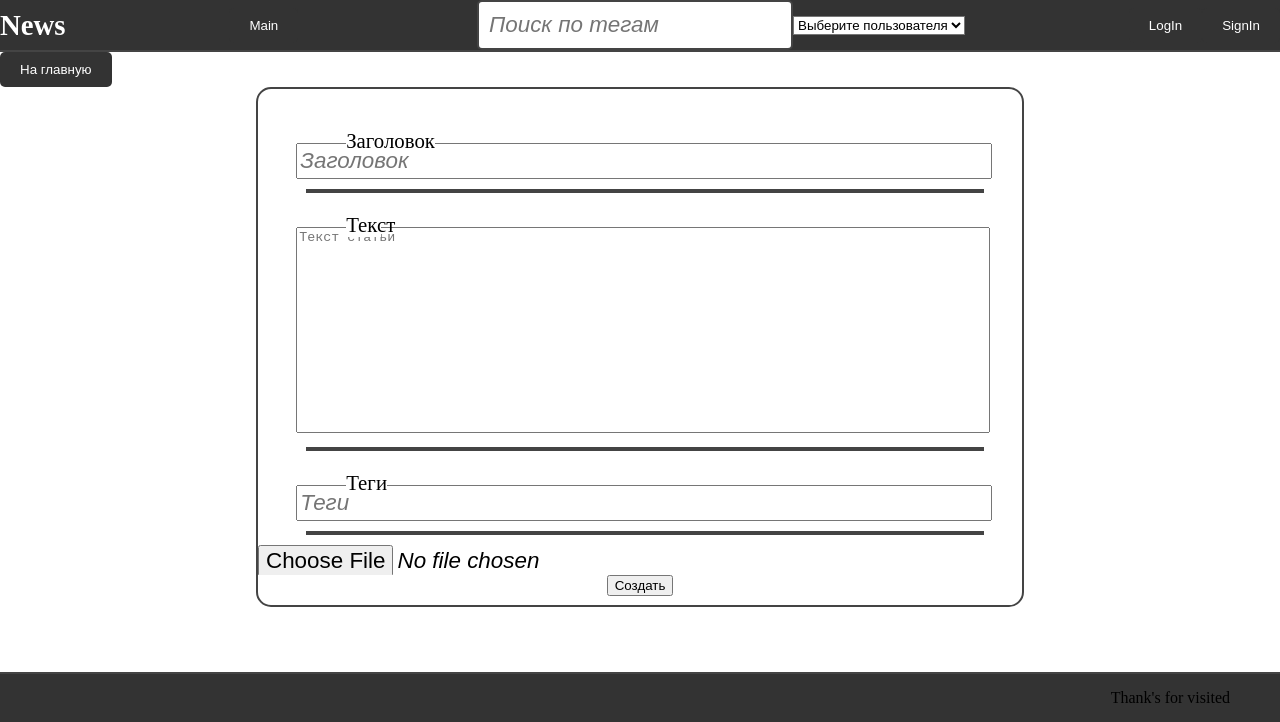
Repository: Igor-Blazhko/news_frontend
Page: /CreatePost
The author's editor kept a copy of each file at every save. The page is drawn from the files as they stood at one save, then again after the next save.
The browser window is 1280 px wide. The pictures show the whole page.
The project was rebuilt for these pictures with package versions that can differ from the ones it lists, and the page was loaded fresh each time. Also part of the build but not shown: vite.config.ts, src/components/allPost/onePost/onePost.module.css, src/components/allPost/onePost/onePost.tsx, src/components/allPost/allPost.tsx, src/components/auth/logIn/login.module.css, src/components/auth/logIn/login.tsx, src/components/auth/register/register.tsx, src/components/pageOnePost/comments/comment.tsx and 2 more.

Above is the page before, as saved 2024-07-15 16:40:58.

### src/App.tsx
import Header from './components/header/header'
import AllPost from './components/allPost/allPost'
import Footer from './components/footer/footer'
import LogIn from './components/auth/logIn/login'
import { Page } from './types'
import SignIn from './components/auth/register/register'
import { BrowserRouter, Route, Routes } from 'react-router-dom'
import OnePost from './components/pageOnePost/OnePost'
import { Provider } from 'react-redux'
import { store } from './store'
import { QueryClient, QueryClientProvider } from '@tanstack/react-query'
import CreatePost  from './components/createPost/createPost'



const queryClient = new QueryClient();

function App() {

  return (
    <Provider store={store}>
      <QueryClientProvider client={queryClient}>
        <BrowserRouter>
        <Header></Header>
          <Routes>
            <Route path="*" element ={ <AllPost/> }/>
            <Route path={Page.LogIn} element ={ <LogIn/> }/>
            <Route path={Page.SignIn} element ={ <SignIn/> }/>
            <Route path={Page.CreatePost} element ={ <CreatePost/> }/>
            <Route path={Page.OnePost+'/:id'} element ={ <OnePost/> }/>
          </Routes>
        <Footer></Footer>
        </BrowserRouter>
      </QueryClientProvider>
    </Provider>
  )
}

export default App

### src/index.css
body{
  margin: 0;
  padding: 0;
  width: 100vw;
  min-height: 100vh;
  overflow-x: hidden;
}

main{
  min-height: calc(100vh - 100px);
}

### src/components/header/header.tsx

import { Link } from 'react-router-dom';
import Button from '../simplyComponents/button/button';
import styles from './header.module.css'
import ButtonAuth  from './buttonAuth/buttonAuth';
import Filter from './filter/filter';


export default function Header() {
        return (
        <header className={styles.header}>
            <div className={styles.logo}>
                News
            </div>
            <nav>
                <Link to="">
                    <Button>Main</Button>
                </Link>
            </nav>
            <Filter/>
            <ButtonAuth/>
        </header>
    )
}

### src/components/footer/footer.tsx
import { Link } from 'react-router-dom'
import styles from './footer.module.css'
import { Page } from '../../types'
import Button from '../simplyComponents/button/button'
import { useSelector } from 'react-redux'
import { States } from '../../store'

export default function Footer(){
    const JWT = useSelector( (state:States) => state.JWT)
    return(
        <footer className={styles.footer}>
            {
            JWT &&
            <Link to={'/'+Page.CreatePost}>
                <Button>Создать пост</Button>
            </Link>
            }

            <div className={styles.text}>Thank's for visited</div>
        </footer>
    )
}

### src/types.ts
export const enum Page {
    LogIn = 'LogIn',
    SignIn = 'SignIn',
    AllPost = 'AllPost',
    OnePost = 'OnePost',
    CreatePost = 'CreatePost',
}

export class ObjectToken {
    private readonly access_token:string;
    constructor(access_token:string){
        this.access_token = access_token;
    }
}

export class HTTPExeption{
    private readonly response:string;
    private readonly status:number;
    private readonly message:string;
    private readonly name:string;
    constructor(response:string, status:number, message:string, name:string){
        this.response = response;
        this.status = status;
        this.message = message;
        this.name = name;
    }
}

### src/store.ts
import { createStore } from '@reduxjs/toolkit'
import cooks from './basefunction';

export interface States{
  tagfilter: string[],
  userfilter: number,
  JWT:string|undefined,
  location: string,
}

const defaultState:States = {
  tagfilter: [],
  userfilter: 0,
  JWT: cooks.getJWT(),
  location: '*',
}

type Action = {
  type:string,
  buffer?:string,
  userId?:number,
  JWT?:string,
}
const reducer = (state = defaultState, action:Action) => {
  switch (action.type){
    case 'Filter':
      if (( 'buffer' in action) && (action.buffer !== undefined)) {
        const arr = action.buffer.split(' ');
        state = {...state,
          tagfilter: arr,
        }
      }
      return state;
    case 'setUserFilter':
      if (( 'userId' in action) && (action.userId !== undefined)) {
        state = {...state,
          userfilter: action.userId,
        }
      }
      return state
    case 'SetJWT':
      if ( ('JWT' in action) && (action.JWT !== undefined) ){
        state = {...state,
          JWT: action.JWT,
        }
        cooks.LogIn(action.JWT)
      // document.cookie = `JWT_token=${action.JWT}`
      }
      return state;
    case 'DelJwt':
      state = {
        ...state,
        JWT:'',
      }
      cooks.LogOut()
      return state;
    case 'setLocation':
      state = {
        ...state,
        location: location.pathname,
      }
      return state;
    case 'dropLocation':
      state = {
        ...state,
        location: '*',
      }
      return state;
    default:
      return state;
  }
}

export const store = createStore(reducer)

### src/components/createPost/createPost.tsx
import { Link } from "react-router-dom";
import { Page } from "../../types";
import Button from "../simplyComponents/button/button";
import SERVER from "../../dataServer";
import styles from "./createPost.module.css"

export default function CreatePost(){

    return (
        <main>
            <Link to={'/'}>
                <Button>На главную</Button>
            </Link>
            <div>
                <form action={SERVER.POST.News.create} method="post" className={styles.form}>
                    <div className={styles.article}>
                        <label htmlFor="article" className={styles.article} >Заголовок</label>
                        <input type="text" name="article" maxLength={254} placeholder="Заголовок" className={styles.article}/>
                    </div>
                    <div className={styles.text}>
                        <div className={styles.label}>Текст</div>
                        <textarea name="text" placeholder="Текст статьи" className={styles.text}/>
                    </div>
                    <div className={styles.tags}>
                        <label htmlFor="tags" className={styles.tags}>Теги</label>
                        <input type="text" name="tags" placeholder="Теги"  className={styles.tags}/>
                    </div>
                    <input type="file" />
                    <button type="submit" className={styles.btn}>Создать</button>
                </form>
            </div>
        </main>

    )
}

### src/components/simplyComponents/button/button.tsx
import { MouseEventHandler, ReactNode } from 'react'
import styles from './button.module.css'
type Button = {
    text?:string,
    children?:ReactNode
    onClick?:MouseEventHandler<HTMLButtonElement>
}

export default function Button(props:Button){

    return(
        <button className={styles.button} onClick={props.onClick}>{props.children}</button>
    )
}

### src/components/header/header.module.css
header {
    background-color: #333;
    display: flex;
    justify-content: space-between;
    align-items: center;
    border-bottom: 2px solid #444;
    box-sizing: border-box;
    min-height: 50px;
}

.logo {
    font-size: 1.8em;
    font-weight: bold;
    color: #fff;
}



  .filter {
    display: flex;
    align-items: center;
  }

  .filter input,
  .filterselect {
    padding: 8px 10px;
    margin-left: 15px;
    border: 2px solid #444;
    border-radius: 5px;
    transition: border-color 0.3s ease;
  }

  .filter input:focus,
  .filter select:focus {
    border-color: #888;
  }

  .filter select {
    background-color: #fff;
}

### src/components/header/buttonAuth/buttonAuth.tsx
import { useDispatch, useSelector } from "react-redux"
import { States } from "../../../store"
import cooks from "../../../basefunction";
import Button from "../../simplyComponents/button/button";
import { Link } from "react-router-dom";
import { Page } from "../../../types";

export default function ButtonAuth(){

    const JWT = useSelector( (state:States) => state.JWT);
    const dispatch = useDispatch();

    function LogOut(){
        dispatch({
            type: 'DelJwt',
        })
    }

    return (
        <>
            {
                JWT?
                <div className="auth">
                    <Button onClick={LogOut}>LogOut</Button>
                </div>
                :
                <div className="auth">
                    <Link to={Page.LogIn}>
                        <Button>LogIn</Button>
                    </Link>
                    <Link to={Page.SignIn}>
                        <Button>SignIn</Button>
                    </Link>
                </div>
                }
        </>
    )
}

### src/components/header/filter/filter.tsx

import { useEffect, useState } from 'react'
import { User } from '../../pageOnePost/types/types'
import styles from '../header.module.css'
import { useDispatch } from 'react-redux'

export default function Filter(){
    const [users, setUsers] = useState([ {
        id: 1,
        name: 'igor',
        sername: 'Blazhko',
        login: 'user1',
    }])
    const [change, setChange] = useState(false)
    const dispatch = useDispatch()

    useEffect(() => {
        const users = [
            {
                id: 1,
                name: 'igor',
                sername: 'Blazhko',
                login: 'user1',
            },
            {
                id: 2,
                name: 'igor',
                sername: 'Tokin',
                login: 'user2',
            },
            {
                id: 3,
                name: 'igor',
                sername: 'Lankin',
                login: 'user3',
            },
        ];
        setUsers(users);
        // setLog(JWT)
    },[])

    function changeFilter(event:React.ChangeEvent<HTMLInputElement>){
        dispatch({
            type:'Filter',
            buffer: event.target.value,
        })
    }

    function changeUser(event) {
        dispatch({
            type:'setUserFilter',
            userId: +event.target.value,
        })
        if ( +event.target.value ) setChange(true)
        else setChange(false)
    }

    return (
            <div className={styles.filter}>
                <input type="text" placeholder="Поиск по тегам" onChange={changeFilter}/>
                <select onChange={changeUser} defaultValue="option0">
                    <option value="0">
                        { change? 'Cбросить фильтрацию': 'Выберите пользователя'}
                    </option>
                    {
                        users.map((user:User)=> <option key = {user.id} value={user.id}>{user.name} {user.sername}</option>)
                    }
                </select>
            </div>
    )
}

### src/components/allPost/allPost.module.css

main {
    display: flex;
    flex-direction: column;
    row-gap: 25px;
  }

### src/dataServer.ts


const SERVER = {
    base: 'http://192.168.3.37:5000/',
    POST: {
        register: 'http://127.0.0.1:5000/auth/registration',
        login: 'http://127.0.0.1:5000/auth/login',
        comments: {
            createCom: 'http://127.0.0.1:5000/comments',
        },
        News: {
            create: 'http://127.0.0.1:5000/news',
        }
    },
    GET: {
        allNews: 'http://127.0.0.1:5000/news',
        oneNews: 'http://127.0.0.1:5000/news?id=',
        getAllCommentByPostId: 'http://127.0.0.1:5000/comments?id=',
    }
}
export default SERVER;

### src/components/footer/footer.module.css
footer {
    width: 100vw;
    background-color: #333;
    min-height: 50px;
    border-top: 2px solid #444;
    display: flex;
    justify-content: flex-end;
    align-items: center;
    box-sizing: border-box;
}

.text{
    margin-right: 50px;
}

### src/components/pageOnePost/OnePost.module.css
main{
  display: block;
}
.post_content_full {
    display: flex;
    flex-direction: column;
    align-items: center;
    text-align: center;
    animation: slideIn 0.5s ease-in-out;
  }

  .post_image {
    width: 150px;
    height: 150px;
    margin-bottom: 20px;
  }

  .post_title_full {
    font-size: 2em;
    margin-bottom: 20px;
  }

  .post_text_full {
    font-size: 1.2em;
    margin-bottom: 40px;
  }

  .comments {
    background-color: #fff;
    padding: 20px;
    border: 1px solid #ccc;
    border-radius: 10px;
    margin-top: 20px;
  }



  .comments h3 {
    font-size: 1.5em;
    margin-bottom: 10px;
  }

  .comment {
    margin-bottom: 10px;
    padding: 10px;
    border: 1px solid #ccc;
    border-radius: 5px;
    background-color: #fafafa;
  }

  .comment p {
    font-size: 1.2em;
  }

  .comment_form {
    margin-top: 20px;
  }

  .comment_form textarea {
    width: 100%;
    padding: 10px;
    margin-bottom: 10px;
    border: 1px solid #ccc;
    border-radius: 5px;
    resize: vertical;
    transition: border-color 0.3s ease;
  }

  .comment_form textarea:focus {
    border-color: #888;
  }

  .comment_form button {
    padding: 10px;
    border: none;
    border-radius: 5px;
    background-color: #333;
    color: #fff;
    cursor: pointer;
    transition: background-color 0.3s ease, transform 0.3s ease;
  }

  .comment_form button:hover {
    background-color: #444;
    transform: translateY(-3px);
  }

### src/basefunction.ts
import { useDispatch } from "react-redux";

class Cookie {
    getCookie(name:string) {
        let matches = document.cookie.match(new RegExp(
          "(?:^|; )" + name.replace(/([\.$?*|{}\(\)\[\]\\\/\+^])/g, '\\$1') + "=([^;]*)"
        ));
        return matches ? decodeURIComponent(matches[1]) : undefined;
    }

    setCookie(name:string, value:string, options = {}) {

        options = {
          path: '/',
          // при необходимости добавьте другие значения по умолчанию
          ...options
        };

        if (options.expires instanceof Date) {
          options.expires = options.expires.toUTCString();
        }

        let updatedCookie = encodeURIComponent(name) + "=" + encodeURIComponent(value);

        for (let optionKey in options) {
          updatedCookie += "; " + optionKey;
          let optionValue = options[optionKey];
          if (optionValue !== true) {
            updatedCookie += "=" + optionValue;
          }
        }

        document.cookie = updatedCookie;
    }

    deleteCookie(name:string) {
        this.setCookie(name, "", {
          'max-age': -1
        })
    }

    getJWT(){
        return this.getCookie('JWT_token')
    }

    LogIn(token:string){
        this.setCookie('JWT_token', token, {
            'max-age': 3600
          } )
    }

    LogOut(){
        this.setCookie('JWT_token', '', {
            'max-age': 3600
          } )
    }
}
const cooks = new Cookie()
export default cooks

### src/components/createPost/createPost.module.css
.form {
    border: 2px solid #444;
    border-radius: 15px;
    width: 60%;
    height: calc(100vh - 200px);
    margin: 0 auto;
    display: flex;
    flex-direction: column;
    justify-content: space-between;
    align-items: center;
    padding: 30px 0 ;
    box-sizing: border-box;
}

form>div{
    width: 90%;
}

label, .label {
    position: relative;
    top: 10px;
    left: 50px;
    z-index: 2;
    background-color: white;
    font-size: 1.3em;
    transition: all 0.3s ease-in-out;
}
div:has(input:focus)>label{
    transition: all 0.2s  ease-in;
    top: 0;
}
textarea{
	resize: none;
    width: 100%;
    height: 200px;
}

.label {
    width: 5%;
}
div:has(textarea:focus) .label{
    top: 0;
}
input{
    width: 100%;
    height: 30px;
    font-size: 1.4em;
    font-style: italic;
    display: block;
}

form>div:after{
    display: block;
    width: 98%;
    background-color: #444;
    border: 2px solid #444;
    content: "";
    margin: 10px;
}

### src/components/simplyComponents/button/button.module.css
.button {
    padding: 10px 20px;
    background-color: #333;
    color: #fff;
    border: none;
    border-radius: 5px;
    cursor: pointer;
    transition: background-color 0.3s ease, transform 0.3s ease;
    text-decoration: none;
}

.button:hover {
    background-color: #444;
    transform: translateY(-3px);
}

Loaded but not shown: index.html (common file); src/main.tsx (common file)

After the next save:
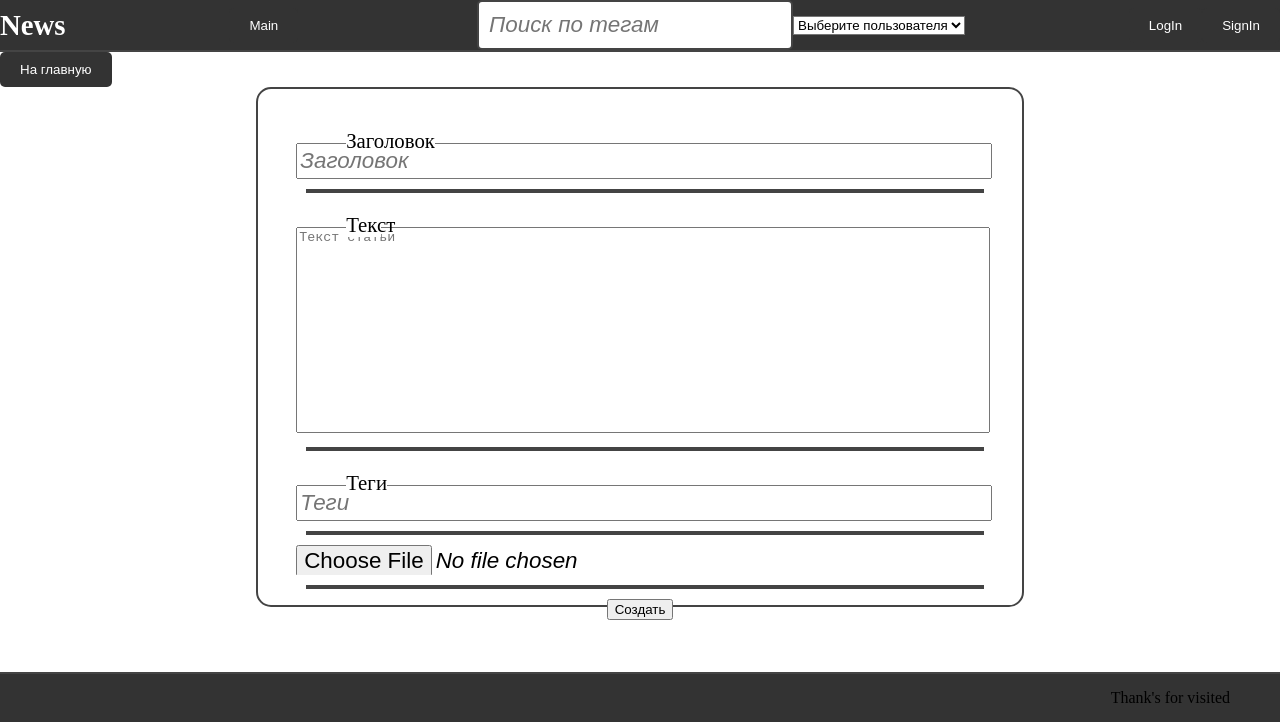
Saved 40 s later.
--- a/src/components/createPost/createPost.tsx
+++ b/src/components/createPost/createPost.tsx
@@ -25,7 +25,10 @@ export default function CreatePost(){
                         <label htmlFor="tags" className={styles.tags}>Теги</label>
                         <input type="text" name="tags" placeholder="Теги"  className={styles.tags}/>
                     </div>
-                    <input type="file" />
+                    <div>
+
+                        <input type="file" name="file"/>
+                    </div>
                     <button type="submit" className={styles.btn}>Создать</button>
                 </form>
             </div>
